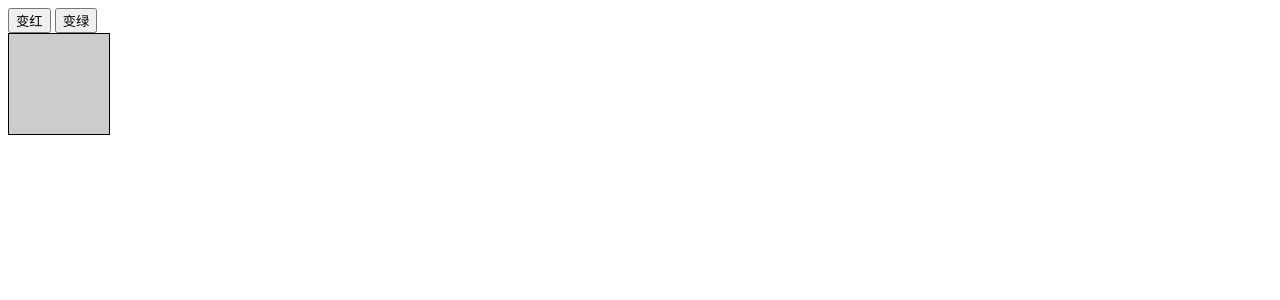
Repository: j38472/STS
Page: js&jq/js/one/函数传参.html
These files come from the project's save history. The page is drawn as it stood at one moment and after the next save; the edit follows.
The browser window is 1280 px wide. The pictures show the whole page.
After loading, the first visible `input` was clicked once.

Above is the page before, as saved 2017-12-20 08:41:27.
Console error: ReferenceError: documen is not defined

After the next save:
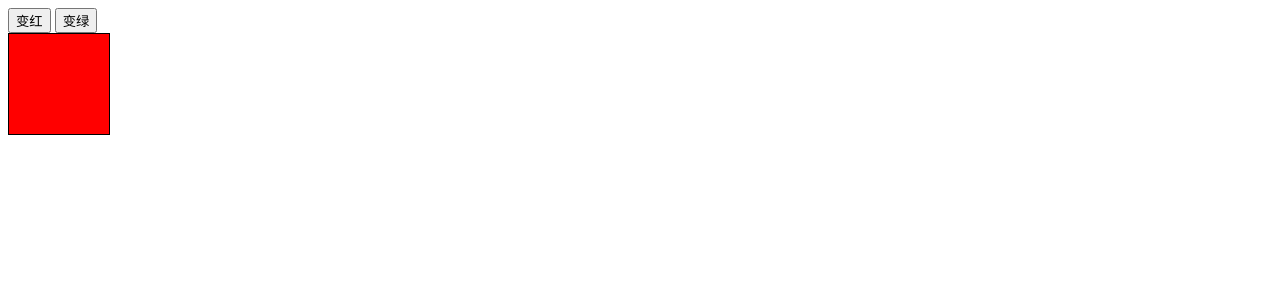
The error is gone.
Saved 78 s later.
--- a/js&jq/js/one/函数传参.html
+++ b/js&jq/js/one/函数传参.html
@@ -5,7 +5,7 @@
 <title>Insert title here</title>
 <script type="text/javascript">
 	function show(myColor) {
-		var myDiv = documen.getElementbyId('div1');
+		var myDiv = document.getElementById('div1');
 		myDiv.style.background = myColor;
 	}
 </script>
